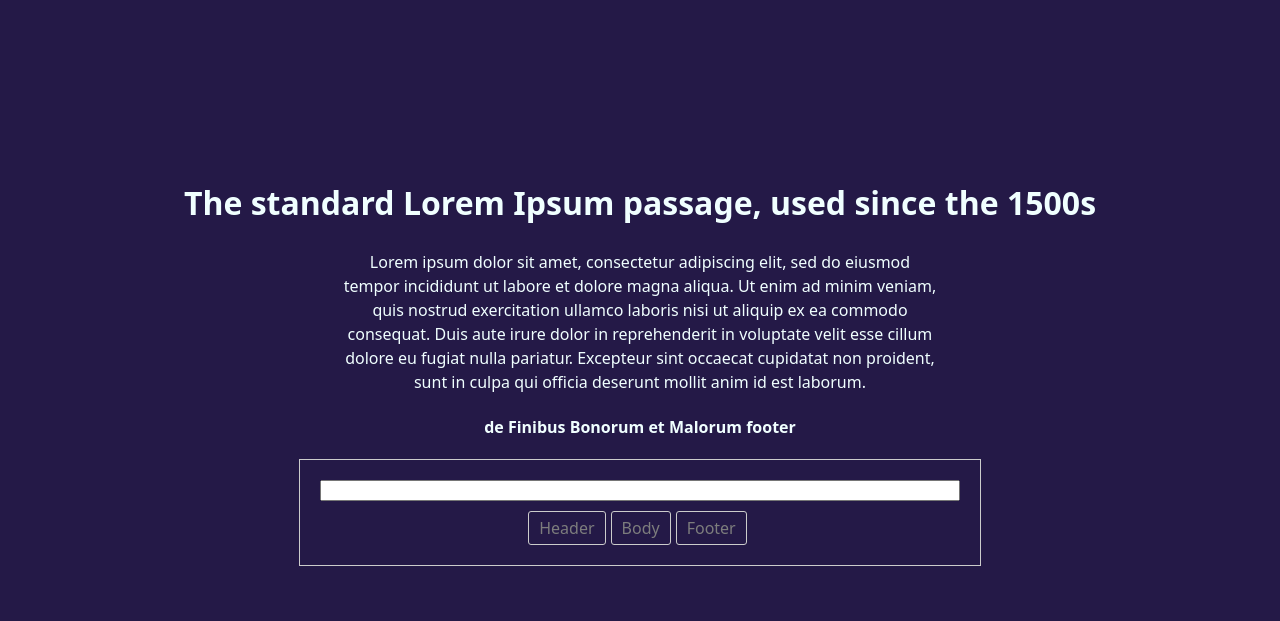
Repository: Freezler/AnnounceCraft
Page: index.html
The author's editor kept a copy of each file at every save. The page is drawn from the files as they stood at one save, then again after a run of saves.
The browser window is 1280 px wide. The pictures show the whole page.

Above is the page before, as saved 2024-01-21 10:24:38.

### index.html
<!DOCTYPE html>
<html lang="en">

<head>
	<meta charset="UTF-8" />
	<meta name="viewport" content="width=device-width, initial-scale=1.0" />
	<title>Shopping List App</title>
	<link rel="stylesheet" href="style.css" />
</head>

<body>

	<section id="shopping-list">
		<h1>{{ header }}</h1>
		<p>{{ body }}</p>
		<h4>{{ footer }}</h4>
		<div class="choice-box">
			<input v-model="selectedText" type="text" />
			<div class="radio-container">
				<input type="radio" id="header" value="Header" v-model="selectedType" @change="updateText">
				<label for="header">Header</label>
				<input type="radio" id="body" value="Body" v-model="selectedType" @change="updateText">
				<label for="body">Body</label>
				<input type="radio" id="footer" value="Footer" v-model="selectedType" @change="updateText">
				<label for="footer">Footer</label>
			</div>
		</div>

	</section>
	<script src="https:unpkg.com/vue@3"></script>
	<script>
		const shoppingList = Vue.createApp({
			data() {
				return {
					header: "The standard Lorem Ipsum passage, used since the 1500s",
					body: "Lorem ipsum dolor sit amet, consectetur adipiscing elit, sed do eiusmod tempor incididunt ut labore et dolore magna aliqua. Ut enim ad minim veniam, quis nostrud exercitation ullamco laboris nisi ut aliquip ex ea commodo consequat. Duis aute irure dolor in reprehenderit in voluptate velit esse cillum dolore eu fugiat nulla pariatur. Excepteur sint occaecat cupidatat non proident, sunt in culpa qui officia deserunt mollit anim id est laborum.",
					footer: "de Finibus Bonorum et Malorum footer",
					selectedText: "",
					selectedType: "" // Set initial value to Header
				};
			},
			methods: {
				updateText() {
					switch (this.selectedType) {
						case "Header":
							this.header = this.selectedText;
							break;
						case "Body":
							this.body = this.selectedText;
							break;
						case "Footer":
							this.footer = this.selectedText;
							break;
					}
				}
			}
		}).mount("#shopping-list");
	</script>
</body>

</html>

### style.css
body {
    margin: 0;
    padding: 0;
    font-family: system-ui, -apple-system, BlinkMacSystemFont, 'Segoe UI', Roboto, Oxygen, Ubuntu, Cantarell, 'Open Sans', 'Helvetica Neue', sans-serif;
    background-color: hsla(255, 100%, 10%, 0.9);
    color: azure;
    text-align: center;
    height: 100vh;
    display: flex;
    flex-direction: column;
    justify-content: center;
    align-items: center;
}

h1 {
    font-size: 2rem;
}

h1:hover {

    transform: scale(1.5);
    color: hsla(66, 80%, 50%, 0.9);
    transition: all 5s cubic-bezier(0.215, 0.610, 0.355, 1);
}
p {
    font-size: 1rem;
    width: 65ch;
    line-height: 1.5;
    margin: 0 auto;
}
label {
    display: block;
    color: #7d7d7d;
  }

  .radio-container input[type="radio"] {
    display: none;
}

.radio-container input[type="radio"] + label {
    display: inline-block;
    padding: 5px 10px;
    border: 1px solid #ccc;
    border-radius: 3px;
    margin-right: 5px;
    cursor: pointer;
}

.radio-container input[type="radio"]:checked + label {
    background-color: #e0e0e0;
}

.choice-box {
    display: flex;
    flex-direction: column;
    gap: 10px;
    justify-content: center;
    break-before: always;
    margin: 0 auto;
    width: 50vw;
    border: 1px solid #ccc;
    padding: 20px;
    input
}

After the next 14 saves:
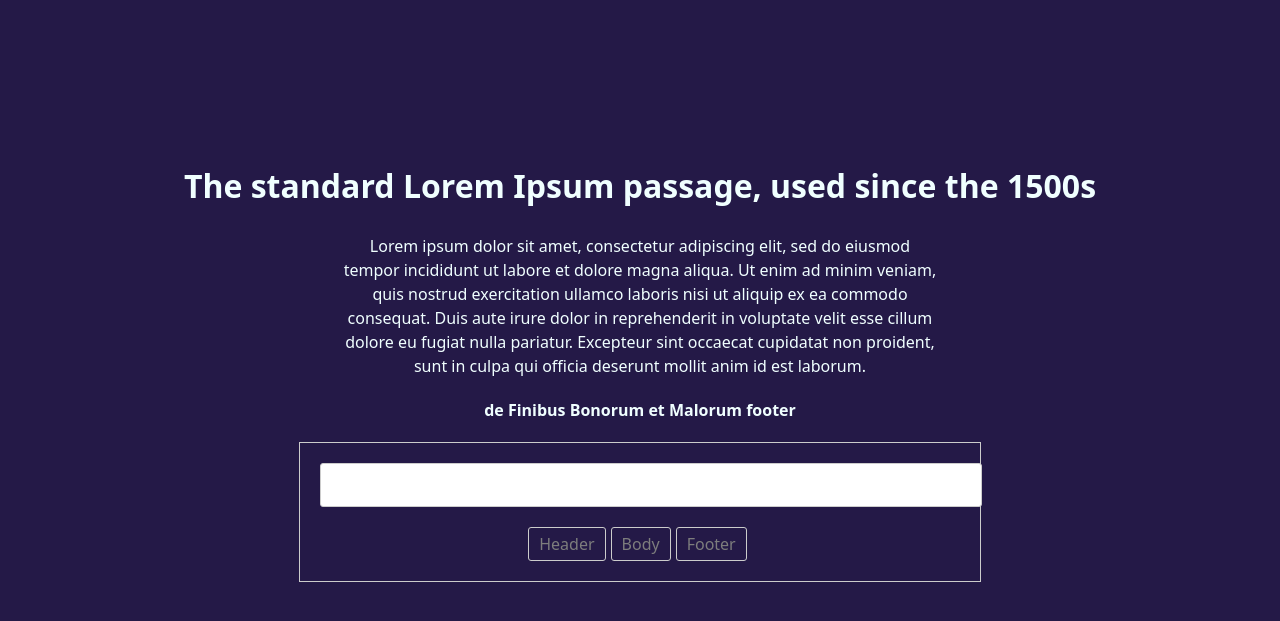
The 14 saves are shown as one change because they came seconds apart.
The last was saved 26 s later.
--- a/style.css
+++ b/style.css
@@ -60,5 +60,19 @@
     width: 50vw;
     border: 1px solid #ccc;
     padding: 20px;
-    input
+    input {
+        width: 100%;
+        padding: 10px;
+        border: 1px solid #ccc;
+        border-radius: 3px;
+        font-size: 16px;
+        font-family: system-ui, -apple-system, BlinkMacSystemFont, 'Segoe UI', Roboto, Oxygen, Ubuntu, Cantarell, 'Open Sans', 'Helvetica Neue', sans-serif;
+        margin-bottom: 10px;
+        outline: none;
+        &:focus {
+            border-color: #007bff;
+            box-shadow: 0 0 0 0.2rem rgba(0, 123, 255, 0.25);
+
+        }
+    }
 }
